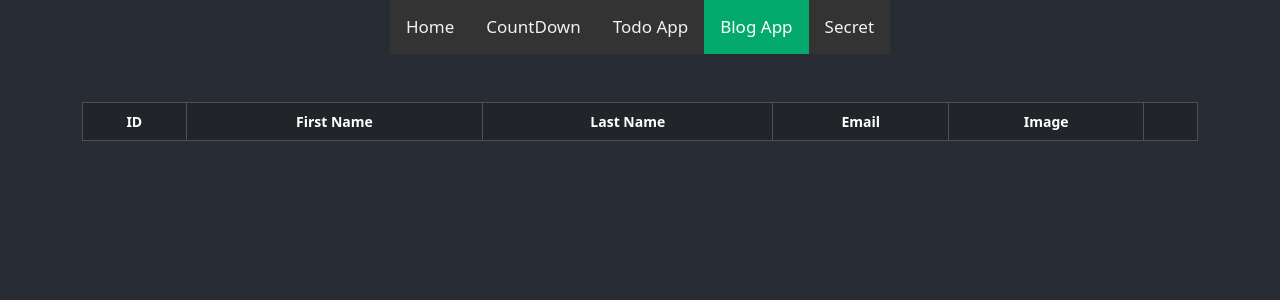
Repository: ThucSkin/React-hook-basic
Page: /blog
An editor plug-in stored every save of this project. The page is shown before and after the next save, followed by the edit.
The browser window is 1280 px wide. The pictures show the whole page.
The page's requests for data from a server got no answer. The project was rebuilt for these pictures with package versions that can differ from the ones it lists, and the page was loaded fresh each time. No one was signed in, and anything a server would have sent is missing. Also part of the build but not shown: src/views/Todo.js, src/views/TableApi/TableUser.scss, src/views/TableApi/TableApi.js, src/views/CountDown/countdown.js, src/views/BlogDetail.js.

Above is the page before, as saved 2023-06-11 22:43:45.

### src/App.js

import './App.scss';
import Nav from './views/Nav';
import Todo from './views/Todo';
import TableApi from './views/TableApi/TableApi';
import { CountDown } from './views/CountDown/countdown';
import { Routes, Route } from 'react-router-dom'
import { Blog } from './views/Blog';
import DetailBlog from './views/BlogDetail';
import { Container } from 'react-bootstrap';


const App = () => {
  return (
    <div className="App">
      <header className="App-header">
        <Nav />
        <Container className='container'>
          <Routes>
            <Route path='/' element={<TableApi />} />
            <Route path='/countdown' element={<CountDown />} />
            <Route path='/todo' element={<Todo />} />
            <Route path='/blog' element={<Blog />} />
            <Route path='/blog/:id' element={<DetailBlog />} />
          </Routes>
        </Container>
      </header>
    </div>
  );
}

export default App;

### src/App.scss
.App {
    text-align: center;
}

.App-logo {
    height: 10vmin;
    pointer-events: none;
}

@media (prefers-reduced-motion: no-preference) {
    .App-logo {
        animation: App-logo-spin infinite 20s linear;
    }
}

.App-header {
    background-color: #282c34;
    min-height: 100vh;
    display: flex;
    flex-direction: column;
    align-items: center;
    /* justify-content: center; */
    font-size: calc(10px + 2vmin);
    color: white;
}

.App-link {
    color: #61dafb;
}

@keyframes App-logo-spin {
    from {
        transform: rotate(0deg);
    }

    to {
        transform: rotate(360deg);
    }
}

.container {
    font-size: 14px;
}

### src/views/Nav.js
import { NavLink } from 'react-router-dom';
import './Nav.scss';
import 'bootstrap/dist/css/bootstrap.min.css';

const Nav = () => {
    return (
        <>
            <div className="topnav mb-4">
                <NavLink to="/" activeclassName="active">Home</NavLink>
                <NavLink to="/countdown">CountDown</NavLink>
                <NavLink to="/todo">Todo App</NavLink>
                <NavLink to="/blog">Blog App</NavLink>
                <NavLink to="/secrect">Secret</NavLink>
            </div>
        </>
    )
}

export default Nav;

### src/views/Blog.js
import useFetch from "../customize/Fetch";
import Table from 'react-bootstrap/Table';
import 'bootstrap/dist/css/bootstrap.min.css';
import { Link } from "react-router-dom";

const Blog = () => {
    const { data: dataBlogs, loading }
        = useFetch(`https://reqres.in/api/users?page=2`, false);
    let newData = [];

    if (dataBlogs.length > 0 && dataBlogs) {
        newData = dataBlogs;
    }

    return (
        <Table striped bordered hover variant="dark" className='mt-4'>
            <thead>
                <tr>
                    <th>ID</th>
                    <th>First Name</th>
                    <th>Last Name</th>
                    <th>Email</th>
                    <th>Image</th>
                    <th colSpan={2}></th>
                </tr>
            </thead>
            <tbody>

                {loading === false && newData && newData.length > 0 &&
                    newData.map(item => {
                        return (
                            <tr key={item.id}>
                                <td>{item.id}</td>
                                <td>{item.first_name}</td>
                                <td>{item.last_name}</td>
                                <td>{item.email}</td>
                                <td>
                                    <img className='img-users' alt="" src={item.avatar}></img>
                                </td>
                                <td>
                                    <button>
                                        <Link to={`/blog/${item.id}`}>Detail</Link>
                                    </button>
                                    <button>
                                        <Link >Add new blog</Link>
                                    </button>
                                </td>
                            </tr>
                        )
                    })
                }
                {loading === true &&
                    <tr>
                        <td colSpan={5}>Loading...</td>
                    </tr>}
            </tbody>
        </Table>
    );
}

export { Blog };

### src/views/Nav.scss
body {
    margin: 0;
    font-family: Arial, Helvetica, sans-serif;

    .topnav {
        overflow: hidden;
        background-color: #333;

        a {
            float: left;
            color: #f2f2f2;
            text-align: center;
            padding: 14px 16px;
            text-decoration: none;
            font-size: 17px;
        }

        a:hover {
            background-color: #ddd;
            color: black;
        }

        a.active {
            background-color: #04AA6D;
            color: white;
        }
    }
}

### src/customize/Fetch.js
import { useEffect, useState } from "react"
import axios from "axios"

const useFetch = (url, isUserData) => {
    const [data, setData] = useState([])
    const [loading, setLoading] = useState(true)

    useEffect(() => {
        const ourRequest = axios.CancelToken.source() // <-- 1st step

        async function fetchData() {
            try {
                let res = await axios.get(url, {
                    cancelToken: ourRequest.token, // <-- 2nd step
                })
                let data = (res && res.data) ? res.data.data : []; // true, false
                setData(data);
                setLoading(false);
            }
            catch (err) {
                if (axios.isCancel(err)) {
                    console.log('Request canceled', err.message);
                } else {
                    setLoading(false);
                }

            }
        }
        setTimeout(() => {
            fetchData();
        }, 1000)
        return () => {
            ourRequest.cancel();
        }
    }, [url]);

    return {
        data, loading
    }
}

export default useFetch;

Loaded but not shown: public/index.html (common file); src/index.js (common file); src/index.css (common file); src/reportWebVitals.js (common file)

After the next save:
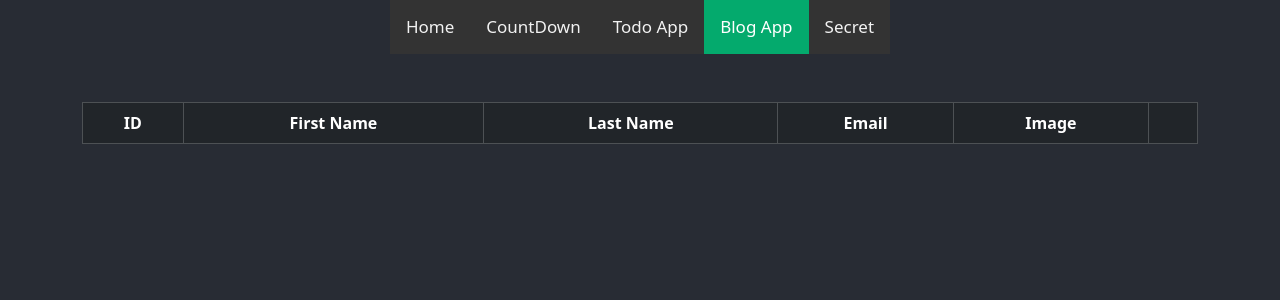
Saved 5 s later.
--- a/src/App.scss
+++ b/src/App.scss
@@ -39,5 +39,5 @@
 }
 
 .container {
-    font-size: 14px;
+    font-size: 16px;
 }
